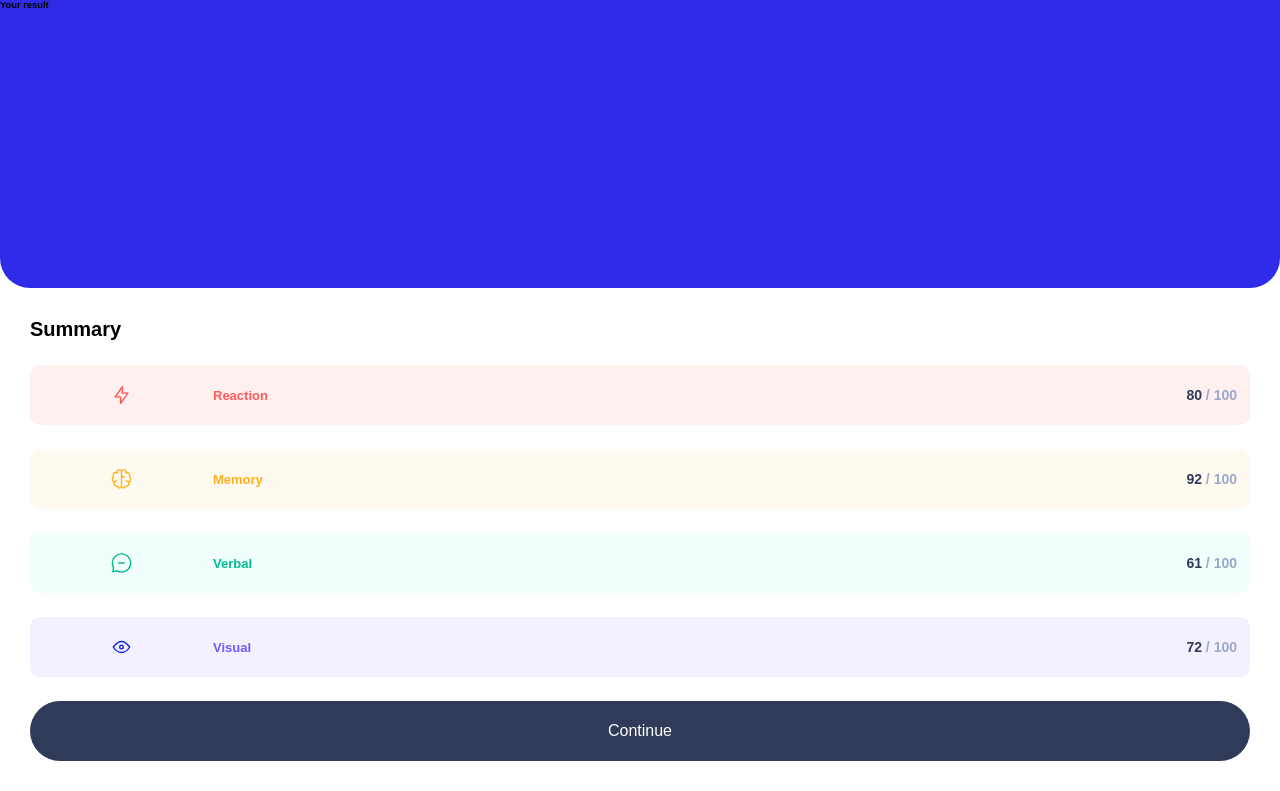
Repository: limaneto/frontend-mentor-results-summary
Page: index.html
The author's editor kept a copy of each file at every save. The page is drawn from the files as they stood at one save, then again after the next save.
The browser window is 1280 px wide. The pictures show the whole page.

Above is the page before, as saved 2023-11-06 08:53:20.

After the next save:
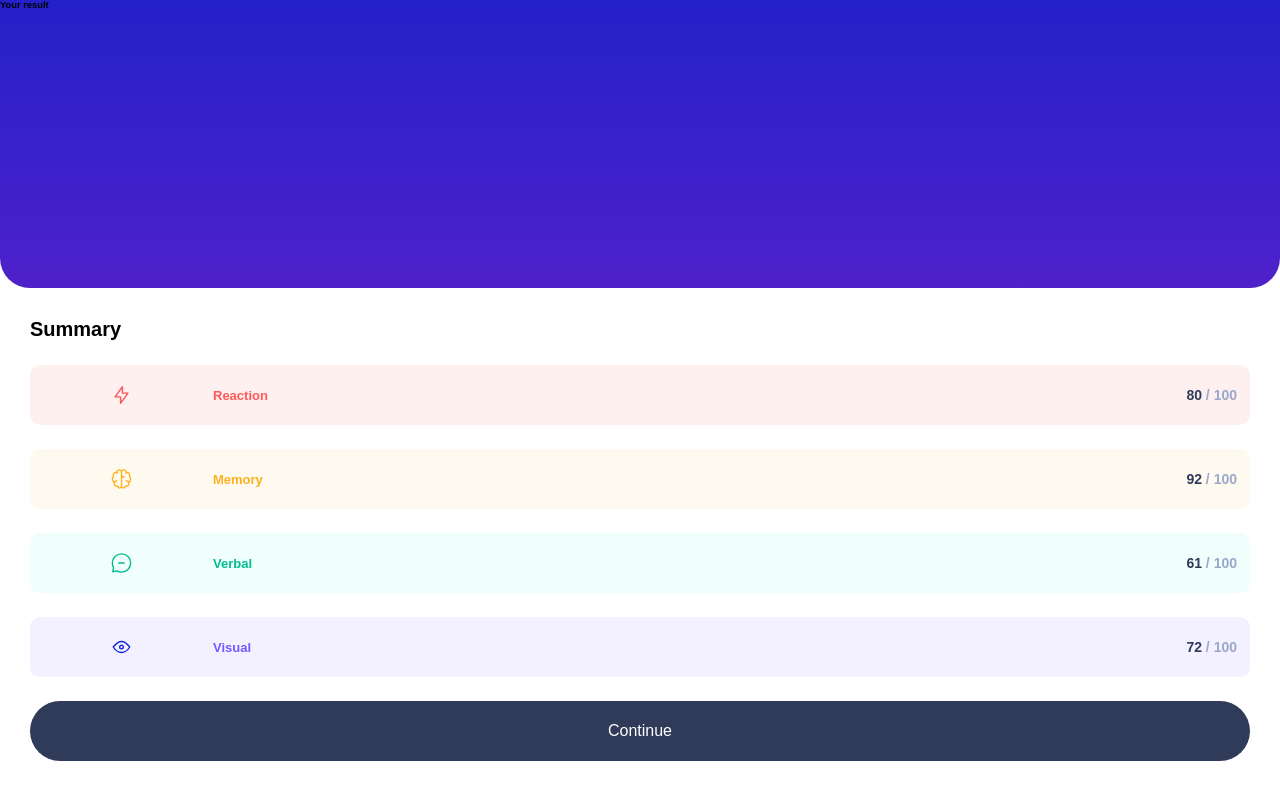
Saved 4 min 21 s later.
--- a/style.css
+++ b/style.css
@@ -42,6 +42,7 @@ main {
 
 section {
   height: 40%;
+  background: linear-gradient(180deg, var(--g-persian-blue) 0%, var(--g-violet-blue) 100%);
   background-color: var(--g-royal-blue);
   border-bottom-left-radius: 30px;
   border-bottom-right-radius: 30px;
